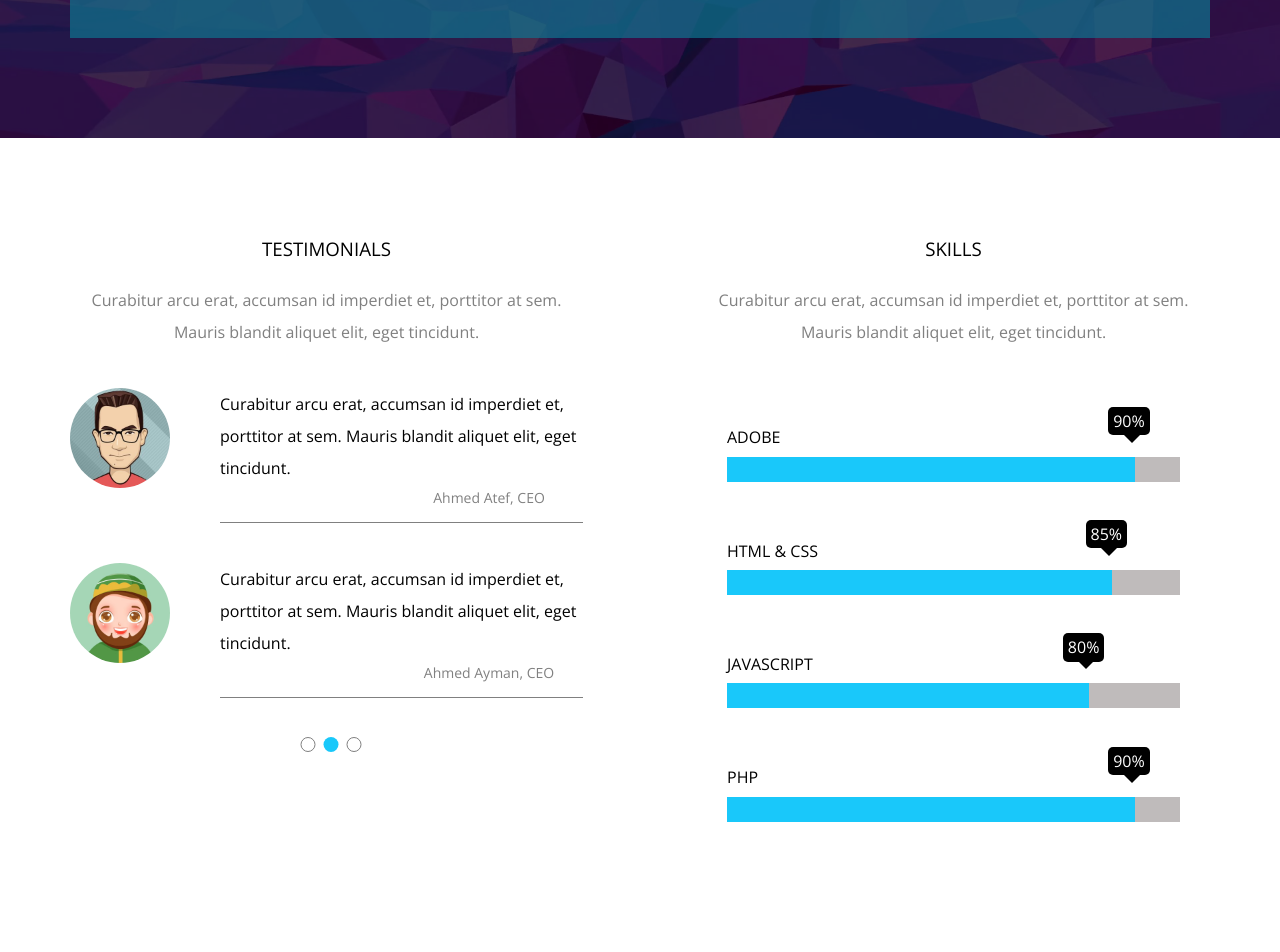
Repository: Ahmed123rezk123/Template_2
Page: index.html
These files come from the project's save history. The page is drawn as it stood at one moment and after a run of saves; the edit follows.
The browser window is 1280 px wide. The pictures show the part of the page from y = 4915 to 5867 px (the page is 5867 px tall).
A picture or video elsewhere on the page could not be fetched, so the positions and the page height are approximate. Some web fonts or font styles are not loaded; a fallback is used.

Above is the page before, as saved 2024-04-15 19:11:17.

After the next 2 saves:
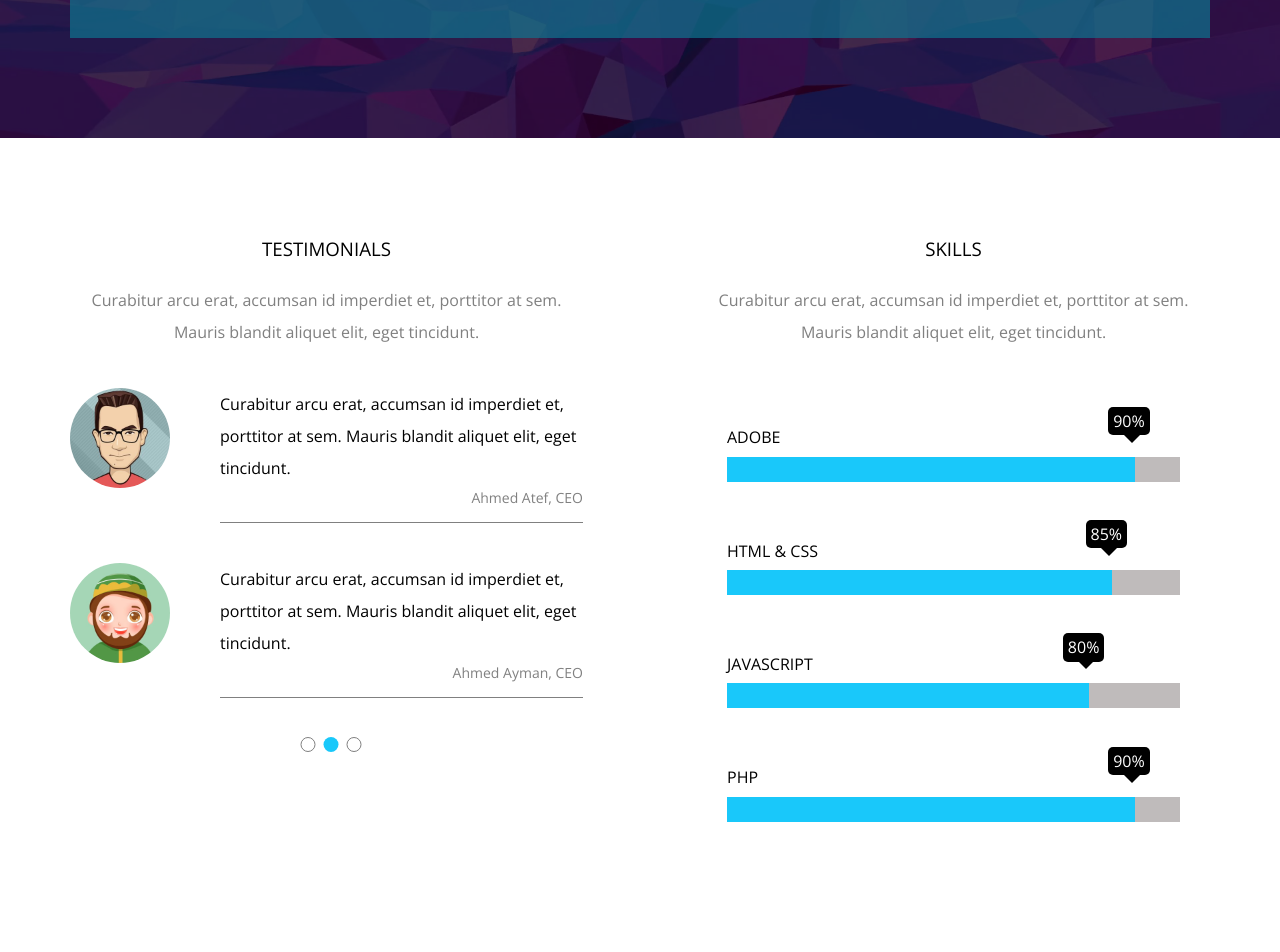
The 2 saves are shown as one change because they came seconds apart.
The last was saved 76 s later.
--- a/css/kasper.css
+++ b/css/kasper.css
@@ -706,7 +706,7 @@ margin-right: 50px;
 }
 
 .our-skills .container .testimonial .box .text p {
-   margin-left: 175px;
+   text-align: right;
    font-size: 14px;
    margin-bottom: 10px;
 }
